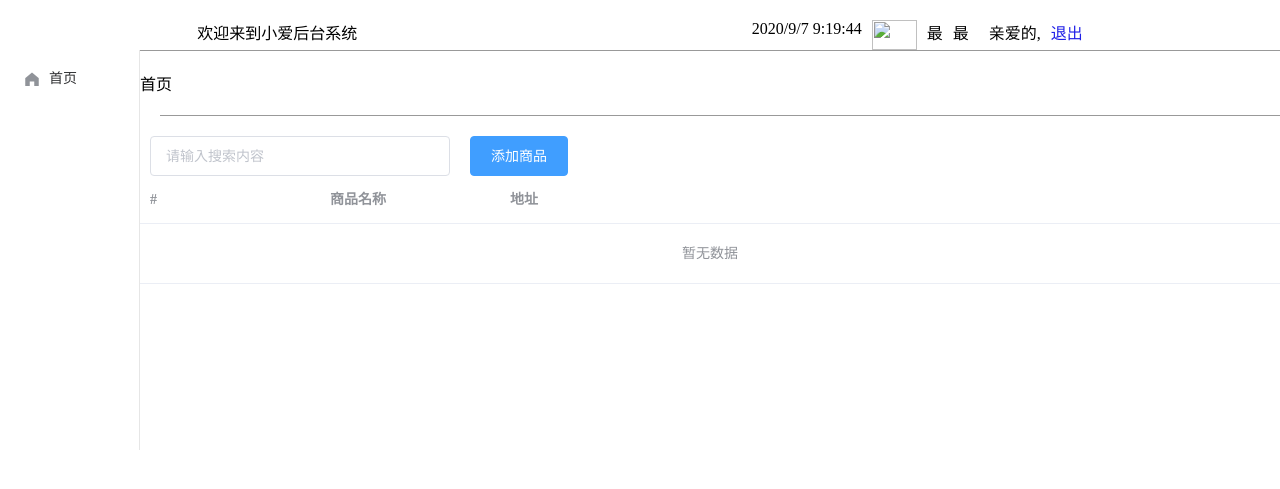
Repository: wujingwenwu/system
Page: /goods/goods
An editor plug-in stored every save of this project. The page is shown before and after the next save, followed by the edit.
The browser window is 1280 px wide. The pictures show the whole page.
The page's requests for data from a server got no answer. The project was rebuilt for these pictures with package versions that can differ from the ones it lists, and the page was loaded fresh each time. No one was signed in, and anything a server would have sent is missing. Also part of the build but not shown: vue.config.js, src/views/Home.vue.

Above is the page before, as saved 2020-09-07 10:46:39.

### public/index.html
<!DOCTYPE html>
<html lang="en">
  <head>
    <meta charset="utf-8">
    <meta http-equiv="X-UA-Compatible" content="IE=edge">
    <meta name="viewport" content="width=device-width,initial-scale=1.0">
    <link rel="icon" href="<%= BASE_URL %>favicon.ico">
    <title><%= htmlWebpackPlugin.options.title %></title>
  </head>
  <body>
    <noscript>
      <strong>We're sorry but <%= htmlWebpackPlugin.options.title %> doesn't work properly without JavaScript enabled. Please enable it to continue.</strong>
    </noscript>
    <div id="app"></div>
    <!-- built files will be auto injected -->
    <!--[if lte IE 9]>
    <div style='position:absolute; top: 50%; left:50%; margin-top: -50px;margin-left: -400px; align-items: center;justify-content: center;'>
      <div style='width: 800px; height: 100px;text-align: center'>
        <h1>
        您的浏览器版本过低 请下载最新的谷歌浏览器
      </h1>
      <div style='text-align: center;width: 800px'>
        <a href='https://www.chromestatus.com/feature/5636954674692096'>下载谷歌浏览器点此链接</a>
      </div>
      </div>
    </div>
  <![endif]-->
  </body>
</html>

### src/main.js
import Vue from "vue";
import App from "./App.vue";
import router from "./router";
import store from "./store";
import './bus'
import axios from 'axios';
import ElementUI from 'element-ui'
import 'element-ui/lib/theme-chalk/index.css'
import  echarts from 'echarts';
Vue.config.productionTip = false;
Vue.prototype.$axios = axios;
Vue.use(ElementUI)
Vue.prototype.$echarts = echarts;
new Vue({
  router,
  store,
  render: h => h(App)
}).$mount("#app");

### src/App.vue
<template>
  <div id="app">
    <router-view />
  </div>
</template>

<style lang="scss">
@import "../src/style/demo";
* {
  margin: 0;
  padding: 0;
}
</style>

### src/router/index.js
import Vue from "vue";
import VueRouter from "vue-router";
import Home from "../views/Home.vue";
import Public from '../views/publics/Public'
Vue.use(VueRouter);

const routes = [
  {
    path: '/Home',
    redirect: '/'
  },
  {
    path: "/about",
    name: "About",
    // route level code-splitting
    // this generates a separate chunk (about.[hash].js) for this route
    // which is lazy-loaded when the route is visited.
    component: () =>
      import(/* webpackChunkName: "about" */ "../views/About.vue")
  },
  {
    path: "/login",
    name: "Login",
    component: () =>
      import("../views/login/Login"),

  },
  {
    path: "/",
    name: "首页",
    component: Public,
    children: [
      {
        path: "",
        name: "Home",
        component: Home,
        meta: {
          title: "首页",
          icon: 'el-icon-s-home'
        },
      }
    ]
  },
  {
    path: "/users",
    name: "Public",
    component: Public,
    meta: {
      title: "用户管理",
      icon: 'el-icon-user-solid',
    },
    children: [
      {
        path: "users",
        name: "Users",
        component: () => import("../views/users/Users"),
        meta: {
          title: "用户列表",
          icon: 'el-icon-folder-opened',
          path: "/users/users"
        },
      }

    ]
  },
  {
    path: "/rights",
    name: "Public",
    component: Public,
    meta: {
      title: "权限管理",
      icon: 'el-icon-folder'
    },
    children: [
      {
        path: "roles",
        name: "Roles",
        component: () => import("../views/roles/Roles"),
        meta: {
          title: "角色列表",
          icon: 'el-icon-setting',
          path: '/rights/roles'
        },
      },
      {
        path: "rights",
        name: "Roles",
        component: () => import("../views/rights/Rights"),
        meta: {
          title: "权限列表",
          icon: 'el-icon-c-scale-to-original',
          path: '/rights/rights'
        },
      },
    ]
  },
  {
    path: "/goods",
    name: "Public",
    component: Public,
    meta: {
      title: "商品管理",
      icon: 'el-icon-shopping-bag-2'
    },
    children: [
      {
        path: "goods",
        name: "Goods",
        component: () => import("../views/goods/Goods"),
        meta: {
          title: "商品列表",
          icon: 'el-icon-bangzhu',
          path: '/goods/goods'
        },
      },
      {
        path: "params",
        name: "Params",
        component: () => import("../views/params/Params"),
        meta: {
          title: "分类参数",
          icon: 'el-icon-bell',
          path: '/goods/params'
        },
      },
      {
        path: "categories",
        name: "Categories",
        component: () => import("../views/categories/Categories"),
        meta: {
          title: "商品分类",
          icon: 'el-icon-date',
          path: '/goods/categories'
        },
      },
    ]
  },
  {
    path: "/orders",
    name: "Public",
    component: Public,
    meta: {
      title: "订单管理",
      icon: 'el-icon-s-order'
    },
    children: [
      {
        path: "orders",
        name: "Orders",
        component: () => import("../views/orders/Orders"),
        meta: {
          title: "订单列表",
          icon: 'el-icon-folder-add',
          path: '/orders/orders'
        },
      }

    ]
  },
  {
    path: "/reports",
    name: "Public",
    component: Public,
    meta: {
      title: "数据统计",
      icon: 'el-icon-message'
    },
    children: [
      {
        path: "reports",
        name: "Reports",
        component: () => import("../views/reports/Reports"),
        meta: {
          title: "数据报表",
          icon: 'el-icon-position',
          path: '/reports/reports'
        },
      }

    ]
  },
];

const router = new VueRouter({
  mode: "history",
  base: process.env.BASE_URL,
  routes
});

export default router;

### src/store/index.js
import Vue from "vue";
import Vuex from "vuex";
import login from './login/login';
import publics from './publics/publics';
import report from './report/report';
import management  from './management/management';
import jurisdiction from './jurisdiction/jurisdiction';
import goodser from './goodser/goodser'
Vue.use(Vuex);

export default new Vuex.Store({
  state: {},
  mutations: {},
  actions: {},
  modules: {
    login,
    publics,
    report,
    management,
    jurisdiction,
    goodser
  }
});

### src/bus/index.js
import Vue from 'vue'
const bus = new Vue()
Vue.prototype.$bus = bus

### src/style/demo.scss
.d-f{
    display: flex;
    /* 弹性盒模型 */
}
.f-s-12{
    font-size: 12px;
    /* 字体大小为12px */
}
.f-s-14{
    font-size: 14px;
    /* 字体大小为14px */
}
.f-s-16{
    font-size: 16px;
    /* 字体大小为16px */
}
.f-w{
    font-weight: 700;
    /*字体 加粗 */
}
.f-c-ho{
    color: #f00;
    /* 红色 */
}
.f-c-hu{
    color: #ccc;
    /* 灰色 */
}
.f-c-b{
    color: #ffffff;
    /* 白色 */
}
.f-c-he{
    color: #000;
    /* 黑色 */
}
.t-a-l{
    text-align: left;
    /* 文本左对齐 */
}
.t-a-c{
    text-align: center;
    /* 文本居中 */
}
.t-a-r{
    text-align: right;
    /* 文本右对齐 */
}
.t-d-u{
    text-decoration: underline;
    /* 装饰在文本底部 */
}
.t-d-o{
    text-decoration: overline;
    /* 装饰在顶部 */
}
.t-d-l-t{
    text-decoration: line-through;
    /* 装饰在文本中间 */
}
.d-i{
    display: inline;
    /* 块级元素装换成行内元素 */
}
.d-i-b{
    display: inline-block;
    /* 块级元素装换成行内块元素 */
}
.d-b{
    display: block;
    /* 行内和行内块元素装换成块级元素 */
}
.d-n{
    display: none;
    /* 隐藏元素 */
}
.p-r{
    position: relative;
    /* 相对定位 */
}
.p-a{
    position: absolute;
    /* 绝对定位 */
}
.p-f{
    position: fixed;
    /* 固定定位 */
}
.b-r-50{
    border-radius: 50%;
    /* 圆角为50% */
}
.j-c-s-a{
    justify-content: space-around;
   /* 两边的子元素距离父元素的两边有间距，然后中间距离自动等分 */
}
.j-c-s-b{
    justify-content: space-between;
    /* 两边的子元素距离父元素没有间距，然后中间距离自动等分 */

}
.j-c-c{
    justify-content: center;
     /* 所有的子元素相当于父元素水平居中 */
}
.a-i-c{
    align-items: center;
    /* （竖轴排列方式）子元素相当于父元素垂直方向居中 */
}
.f-d-c{
    flex-direction: column;
    /* 弹性盒模型的竖项排列方式 */
}
*{
  margin: 0;
  padding: 0;
  /* 清除游览器的痕迹 */
}
.conter{
    display: flex;
    justify-content: center;
    /* 弹性盒模型，所有的文本在页面的中间 */
}
.warp{
   width: 1280px;
   /* 宽度为1280px，基本上不会超过1400px */
}
.o-h{
    overflow: hidden;
    /* 超出部分隐藏 */
}
.w-o-t{
    white-space: nowrap;
    overflow: hidden;
    text-overflow: ellipsis;
    /* 超出部分隐藏（只限字体） */
}
.d-n{
    display: none;
    /* 不占位置 */
}
.v-h{
    visibility: hidden;
    /* 占位置 */
}
.f-w-w{
    flex-wrap: wrap;
    /* 换行 */
}
.w-s-n{
    white-space: nowrap;
    /* 内容不换行 */
}
.m-t-20{
    margin-top: 20px;
    /* 向下20 */
}
.m-l-20{
    margin-left: 20px;

}
.m-t-10{
    margin-top: 10px;
}
.m-l-10{
    margin-left: 10px;
}
.b-c-hong{
    background-color: red;
}
.b-c-hei{
    background-color: black;
}
.b-c-bai{
    background-color: #ffffff;
}
.b-c-hui{
    background-color: #ccc;
}
.b-1-s-hong{
    border: 1px solid red;
}
.b-1-d-hong{
    border: 1px dashed red;
}
.b-1-s-bai{
    border: 1px solid #ffffff;
}
.b-1-d-bai{
    border: 1px dashed #ffffff;
}
.b-1-s-hei{
    border: 1px solid black;
}
.b-1-d-hei{
    border: 1px dashed black;
}
.b-1-s-hui{
    border: 1px solid #ccc;
}
.b-1-d-hui{
    border: 1px dashed #ccc;
}
.b-l-n{
    border-left: none;
    /* 左边框隐藏 */
}
.b-t-n{
    border-top: none;
}
.b-r-n{
    border-right: none;
}
.b-b-n{
    border-bottom: none;
}
.m-t-15{
    margin-top: 15px;
}
.m-t-30{
    margin-top: 30px;
}
.m-t-5{
    margin-top: 5px;
}
.b-none{
    border: none;
}
.f-s-18{
    font-size: 18px;
}
.m-l--10{
    margin-left: -10px;
}
.m-l-40{
    margin-left: 40px;
}
.m-t-40{
    margin-top: 40px;
}
.o-n{
    outline: none;
    /* 隐藏边框 */
}

### src/views/publics/Public.vue
<template>
<div>
  <div class="d-f publics j-c-s-a m-t-20">
    <div>欢迎来到小爱后台系统</div>
    <div class="d-f">
    <div>  {{ nowDate + ' ' + nowTime + ' ' }}</div>
     <div class="d-f m-l-10">

    <img :src="img" alt="" class="img">
    <div class="m-l-10">{{weather.type}}</div>
    <div>最{{weather.high}}</div>
    <div class="m-l-10">最{{weather.low}}</div>
    <div class="m-l-20">亲爱的,{{user}}</div>
    <div class="m-l-10 color" @click="toOut">退出</div>
    </div>
    </div>
  </div>
  <div class="d-f">
  <el-menu
      :default-active="$route.path"
      class="el-menu-vertical-demo"
      @open="handleOpen"
      @close="handleClose" unique-opened router>
       <el-menu-item index="/">
        <i class="el-icon-s-home"></i>
        <span slot="title">首页</span>
      </el-menu-item>
      <el-submenu :index="item.path" v-for="(item,index) in menus" :key="index" >
        <template slot="title">
         <i :class="item.icon"></i>
         <span>{{item.authName}}</span>
        </template>
        <el-menu-item-group v-for="(item1,index1) in item.children" :key="index1">

          <el-menu-item :index="item1.path"><i :class="item1.icon"></i>{{item1.authName}}</el-menu-item>

        </el-menu-item-group>
      </el-submenu>



    </el-menu>
    <div>
    <div class="show"></div>
    <div class="m-t-20">首页</div>
    <div class="show1 m-t-20"></div>
  <router-view></router-view>
  </div>
  </div>
  </div>
</template>

<script>
import { createNamespacedHelpers } from 'vuex'
const userModule = createNamespacedHelpers('publics')
const { mapState: userState, mapActions: userActions } = userModule
export default {
  name: "",
  props: {},
  data() {
    return {
      nowDate: "", // 当前日期
      nowTime: "", // 当前时间
      hous:'',
      weather:'',
      img:'',
      user:'',
      routes:''
    };
  },
  components: {},
  methods: {
    toOut(){
      this.$router.push('/login')
    },
    handleOpen(){

    },
    handleClose(){
    },
      ...userActions(['getMenus']),
      //获取当前时间
    currentTime() {
            setInterval(this.getDate, 500);
        },
        getDate: function() {
            var _this = this;
            let yy = new Date().getFullYear();
            let mm = new Date().getMonth() + 1;
            let dd = new Date().getDate();
            let hh = new Date().getHours();
            this.hous=new Date().getHours()
            let mf =
                new Date().getMinutes() < 10
                    ? "0" + new Date().getMinutes()
                    : new Date().getMinutes();
               let my =
                new Date().getSeconds() < 10
                    ? "0" + new Date().getSeconds()
                    : new Date().getSeconds();
            _this.nowTime = hh + ":" + mf +":"+ my;
            _this.nowDate = yy + "/" + mm + "/" + dd;
        },

  },
  mounted() {
    console.log(this.$router);
    this.routes=this.$router.options.routes
       this.getMenus()
      this.currentTime();
      //获取天气
     this.$axios
      .get("http://wthrcdn.etouch.cn/weather_mini?city=成都")
      .then((res) =>{
        // console.log(res.data.data);
        this.weather=res.data.data.forecast[0]//获取到当天的天气
        console.log(this.weather);
        if(this.weather.type=='多云'){
            this.img=require("../../image/90XB9(C7P}7EJ59[7O99%K5.png")
        }if(this.weather.type=='晴天'){
          this.img=require("../../image/{}BC(0D8R~BDMVK70GMGXYT.png")
        }if(this.weather.type=='小雨'){
          this.img=require("../../image/`1L(N@R7EQZ_8M3(AY`~O~C.png")
        }

      })
      .catch((err) =>{
        console.log(err);
      });
    this.user=localStorage.getItem('user')
  },
   // 销毁定时器
    beforeDestroy: function() {
        if (this.getDate) {
            console.log("销毁定时器")
            clearInterval(this.getDate); // 在Vue实例销毁前，清除时间定时器
        }
    },
  watch: {},
  computed: {
     ...userState(['menus'])
  }
};
</script>

<style scoped lang='scss'>
.img{
    width: 45px;
    height: 30px;
}
.color{
    color: rgb(31, 31, 231);
    cursor: pointer;
}
.el-menu-vertical-demo:not(.el-menu--collapse) {
    width: 200px;
    min-height: 400px;
  }
  .show{
    width: 1140px;
   height: 1px;
   background: #999;

  }
  .show1{
     width: 1120px;
   height: 1px;
   background: #999;
   margin-left: 20px;
  }
</style>

### src/views/goods/Goods.vue
<template>
<!--商品列表-->
 <div>
 <div class="d-f m-t-20">
 <el-input
  placeholder="请输入搜索内容" class="input m-l-10"
  v-model="input"
  clearable>
</el-input>
<div class="m-l-20">
<el-button type="primary">添加商品</el-button>
</div>
 </div>
   <el-table
      :data="goods"
      style="width: 100%">
      <el-table-column
        type="index"
        :index="indexMethod"
        label="#"
        width="180">
      </el-table-column>
      <el-table-column
        prop="name"
        label="商品名称"
        width="180">
      </el-table-column>
      <el-table-column
        prop="address"
        label="地址">
      </el-table-column>
    </el-table>
 </div>
</template>

<script>
import { createNamespacedHelpers } from "vuex";
const userModule = createNamespacedHelpers("goodser");
const { mapState, mapActions } = userModule;
 export default {
   name:'',
   props:{

    },
   data () {
     return {
     query:'',
     pagenum:'1',
     pagesize:'10',
     input: '',
   }
   },
   components: {

   },
   methods: {
 ...mapActions(["getGoods"]),
 //获取下标
    indexMethod(index) {
      return index * 1 + 1;
    },
   },
   mounted() {
    this.getGoods({
     query:this.query,
      pagenum:this.pagenum,
      pagesize:this.pagesize
    })
   },
   watch: {

   },
   computed: {
    ...mapState(["goods"])
   }
 }
</script>

<style scoped lang='scss'>
.input{
  width: 300px;
}
</style>

### src/store/login/login.js
import api from '../../components/http/api';
import router from '../../router';
import {Message} from 'element-ui';

export default {
  // 开启命名空间 这个文件就是单独的一个vuex的模块
  namespaced: true,
  state: {
    menus: []
  },
  mutations: {
    setMenus(state, data) {
      state.menus = data
    }
  },
  actions: {
    // 所有的请求都写在actions里面
    // action里面的方法可以传两个参数 第一个参数是整个store(vuex对象) 第二个参数是请求的参数

    async login( {commit},{username, password}) {
      console.log(commit);
      let res = await api.login({
        username,
        password
      })
      if (res.meta.status === 200) {
        // 存储信息
        localStorage.setItem('adminToken', res.data.token)
        localStorage.setItem('adminUser', JSON.stringify(res.data))
        localStorage.setItem('user',username)
        // 跳转路由
        router.push('/')
        // 提示用户
        Message.success('登录成功')
      } else {
        Message.error(res.meta.msg)
      }
    }
    // getMenus() {
    //   api.getMenus().then().catch()
    // }
  },
}

### src/store/report/report.js
import api from '../../components/http/api';
// import router from '../../router';
// import {Message} from 'element-ui';

export default {
  // 开启命名空间 这个文件就是单独的一个vuex的模块
  namespaced: true,
  state: {
   data:[],
   legend:[],
   xAxis:[]
  },
  mutations: {
    setData(state, data) {
      state.data = data
    },
    setLegend(state, data) {
        state.legend = data
      },
      setXAxis(state, data) {
        state.xAxis = data
      }
  },
  actions: {
    // 所有的请求都写在actions里面
    // action里面的方法可以传两个参数 第一个参数是整个store(vuex对象) 第二个参数是请求的参数

    async getReports( {commit}) {
      console.log(commit);
      let res = await api.getReports({

      })
      if (res.meta.status === 200) {
          this.data = res.data.series
          commit('setData', res.data.series)
          commit('setXAxis', res.data.xAxis[0].data)
          commit('setLegend', res.data.legend.data)
        console.log(res.data);
      }
    }

  },
}

### src/store/management/management.js
import api from '../../components/http/api';
import Vue from 'vue';
import dayjs from 'dayjs';
// import router from '../../router';
// import {Message} from 'element-ui';

export default {
  // 开启命名空间 这个文件就是单独的一个vuex的模块
  namespaced: true,
  state: {
    orderss:[],
    logistics:[]
  },
  mutations: {
    setOrderss(state, data) {
        state.orderss = data
    },
    setLogistics(state, data) {
      state.logistics = data
  },
  },
  actions: {
    // 所有的请求都写在actions里面
    // action里面的方法可以传两个参数 第一个参数是整个store(vuex对象) 第二个参数是请求的参数

    async getOrderss({ commit }, {query,pagenum,pagesize,user_id,pay_status,is_send,order_fapiao_title,order_fapiao_company,order_fapiao_content,consignee_addr}) {

      let res = await api.getOrderss({
        query,pagenum,pagesize,user_id,pay_status,is_send,order_fapiao_title,order_fapiao_company,order_fapiao_content,consignee_addr
      })
      if (res.meta.status === 200) {
        // 存储信息
        commit('setOrderss', res.data.goods)
       console.log(res.data);
      }
      res.data.goods.map(item=>{
        if(item.pay_status==='0'){
          Vue.set(item,'pay_statuss','未付款')
        }else{
          Vue.set(item,'pay_statuss','已付款')
        };
        item.create_time= dayjs(item.create_time).format('YYYY-MM-DD HH-mm-ss')
      })
    },

    async getLogistics({ commit }, {id}) {

      let res = await api.getLogistics({
        id
      })
      if (res.meta.status === 200) {
        // 存储信息
        commit('setLogistics', res.data)
        console.log(commit);
       console.log(res);
      }
    }
  },
}

### src/store/jurisdiction/jurisdiction.js
import api from '../../components/http/api';
import Vue from 'vue'
// import router from '../../router';
import {Message} from 'element-ui';

export default {
  // 开启命名空间 这个文件就是单独的一个vuex的模块
  namespaced: true,
  state: {
    power: [],
    roles:[],
    rights:[]
  },
  mutations: {
    setPower(state, data) {
      state.power = data
    },
    getRoles(state, data) {
      state.roles = data
    },
    setRights(state, data) {
      state.rights = data
    },
  },
  actions: {
    // 所有的请求都写在actions里面
    // action里面的方法可以传两个参数 第一个参数是整个store(vuex对象) 第二个参数是请求的参数
    async getPower( {commit},{type}) {
      console.log(commit);
      let res = await api.getPower({
        type
      })
      if (res.meta.status === 200) {
        commit('setPower', res.data)
       console.log(res.data);
      }
      res.data.map(item=>{
          if(item.level==='0'){
            Vue.set(item, 'levels','一级')
          }if(item.level==='1'){
            Vue.set(item, 'levels','二级')
          }if(item.level==='2'){
            Vue.set(item, 'levels','三级')
          }
      })
    },
    //角色列表
    async getRoles( {commit}) {
      console.log(commit);
      let res = await api.getRoles({

      }
      )
      console.log(res);
      if (res.meta.status === 200) {
        commit('getRoles', res.data)
       console.log(res);
      }
    },
    //添加角色
    async postAddrole( {dispatch},{roleName,roleDesc}) {
      let res = await api.postAddrole({
        roleName,roleDesc
      }
      )
      if (res.meta.status === 201) {
        dispatch('getRoles',
        )
        Message.success('添加用户成功')
       console.log(res);
      }
    },
    async deleteRole( {dispatch},{id}) {
      let res = await api.deleteRole({
        id
      }
      )
      if (res.meta.status === 200) {
        dispatch('getRoles',
        )
        Message.success('删除用户成功')
       console.log(res);
      }
    },
    async editRole( {dispatch},{id,roleName,roleDesc}) {
      let res = await api.editRole({
        id,roleName,roleDesc
      }
      )
      if (res.meta.status === 200) {
        dispatch('getRoles',
        )
        Message.success('修改用户成功')
       console.log(res);
      }
    },
    //获取权限管理
    async getRights( {commit},{type}) {
      let res = await api.getRights({
        type
      }
      )
      console.log(res);
      if (res.meta.status === 200) {
        commit('setRights', res.data)

      }
    },
    async setRoles( {commit},{roleId,rids}) {
      console.log(commit);
      let res = await api.setRoles({
        roleId, rids
      }
      )
      if (res.meta.status === 200) {
        console.log(res);
        Message.success('修改权限成功')
      }
    },
  },
}

### src/store/goodser/goodser.js
import api from '../../components/http/api';
// import Vue from 'vue'
// import router from '../../router';
// import {Message} from 'element-ui';

export default {
  // 开启命名空间 这个文件就是单独的一个vuex的模块
  namespaced: true,
  state: {
    goods:[]
  },
  mutations: {
    setGoods(state, data) {
        state.goods = data
      },
  },
  actions: {
    // 所有的请求都写在actions里面
    // action里面的方法可以传两个参数 第一个参数是整个store(vuex对象) 第二个参数是请求的参数
    async getGoods( {commit},{query,pagenum,pagesize}) {
      console.log(commit);
      let res = await api.getGoods({
        query,pagenum,pagesize
      })
      console.log(res);
      if (res.meta.status === 200) {
        commit('setGoods', res.data)

      }

    },






  },
}

### src/components/http/api.js
import service from './index';
import qs from 'qs'

export default {
  login({username, password}) {
    return service.post('/login', {
      username,
      password
    })
  },
  getMenus() {
    return service.get('menus')
  },
  getUserList({pagenum,pagesize,query}) {
    return service.get(`users?pagenum=${pagenum}&pagesize=${pagesize}&query=${query}`)
  },
  getState({uId,type}) {
    return service.put(`users/${uId}/state/${type}`)
  },
  getParty({username,password,email,mobile}) {
    return service.post(`users`,
    {username,password,email,mobile}
    )
  },
  //删除
  getDelete({id}) {
    return service.delete(`users/${id}`,
    )
  },
  //修改用户
  getAmend({id,email,mobile}) {
    return service.put(`users/${id}`,{email,mobile}
    )
  },
   //基于时间统计的折线图
   getReports() {
    return service.get(`reports/type/1/`)
  },
  //订单数据列表
  // query,user_id,pay_status,is_send,order_fapiao_title,order_fapiao_company,order_fapiao_content,consignee_addr
  getOrderss({pagenum,pagesize}) {
    return service.get(`orders?pagenum=${pagenum}&pagesize=${pagesize}`)
  },
    getPower({type}) {
      return service.get(`rights/${type}`)
    },
    //查看物流信息
    getLogistics({id}) {
      return service.get(`kuaidi/${id}`)
    },
    //角色列表
    getRoles() {
      return service.get(`roles`)
    },
    //添加角色
    postAddrole({roleName,roleDesc}) {
      return service.post(`roles`,{roleName,roleDesc})
    },
     //删除角色
     deleteRole({id}) {
      return service.delete(`roles/${id}`)
    },
     //编辑角色
     editRole({id,roleName,roleDesc}) {
      return service.put(`roles/${id}`,{roleName,roleDesc})
    },
    //分配权限
    setRoles({ roleId, rids }) {
      return service.post(`roles/${roleId}/rights`, qs.stringify({ rids }), {
        headers: { 'Content-Type': 'application/x-www-form-urlencoded' },
      });
    },
       // 权限管理
       getRights({type}) {
        return service.get(`rights/${type}`)
      },
        // 商品列表数据
        getGoods({query,pagenum,pagesize}) {
          return service.get(`goods?query=${query}&pagenum=${pagenum}&pagesize=${pagesize}`)
        },
}

### src/components/http/index.js
import axios from 'axios'
import nprogress from 'nprogress'
import {Message} from 'element-ui'

// 运行环境: 本地环境:devlpment 和线上(生产)环境: production
const isPro = process.env.NODE_ENV === 'production'

// 创建一个axios的实例
const service = axios.create({
  // 基础路径: 需要根据当前的运行环境来判断
  baseURL: isPro ? '线上的接口路径' : '/api',
  // 超时时间
  timeout: 100000
})


// 请求拦截: 每一次发请求都会做的事情
service.interceptors.request.use((config) => {
  nprogress.start()
  // 前后端鉴权
  // jwt: JSON WEB TOKEN
  // 登录成功之后 后端会返回一个令牌
  let token = localStorage.getItem('adminToken')
  if (token) {
    // 需要在请求头当中添加token
    config.headers['Authorization'] = token
  }
  return config
}, err => {
  nprogress.done()
  return Promise.reject(err)
})


// 响应拦截: 每一次接口返回数据的时候都会做的事情
service.interceptors.response.use((res) => {
  nprogress.done()
  return res.data
}, err => {
  if (err.response && err.response.status) {
    // 错误请求的状态码
    let status = err.response.status
    if (status === 400) {
      Message.error('参数错误')
    }
    if (status === 401) {
      Message.error('登录过期,请重新登录')
    }
    if (status === 403) {
      Message.error('没有权限')
    }
    if (status === 404) {
      Message.error('接口路径错误')
    }
    if (status === 500) {
      Message.error('服务器出错')
    }
    if (status === 503) {
      Message.error('服务器在维护')
    }
  }
  return Promise.reject(err)
})


export default service

Loaded but not shown: src/store/publics/publics.js (148 lines, source omitted)

After the next save:
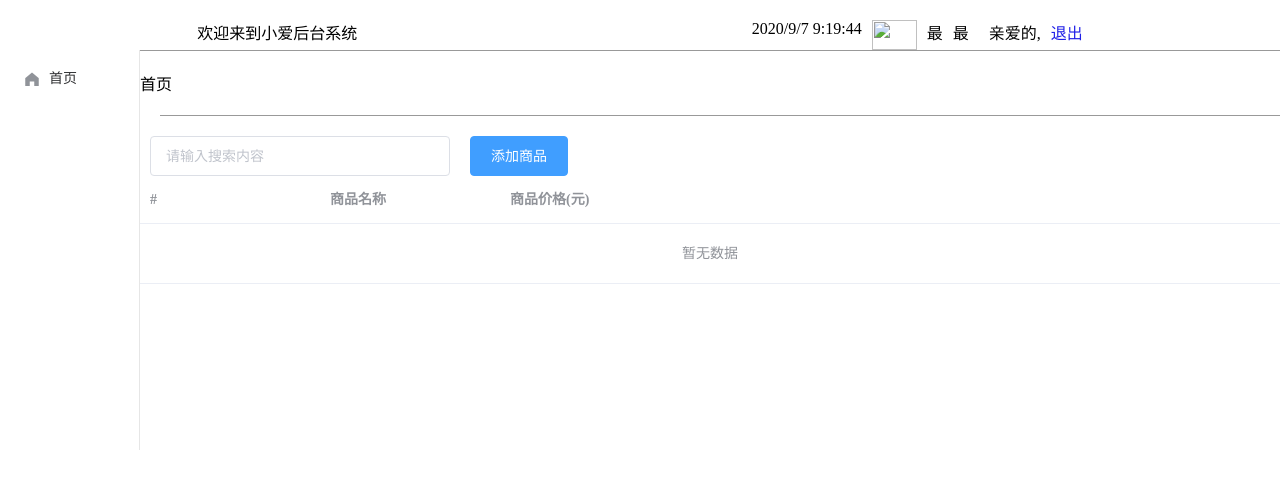
Saved 17 s later.
--- a/src/views/goods/Goods.vue
+++ b/src/views/goods/Goods.vue
@@ -27,7 +27,7 @@
       </el-table-column>
       <el-table-column
         prop="address"
-        label="地址">
+        label="商品价格(元)">
       </el-table-column>
     </el-table>
  </div>
